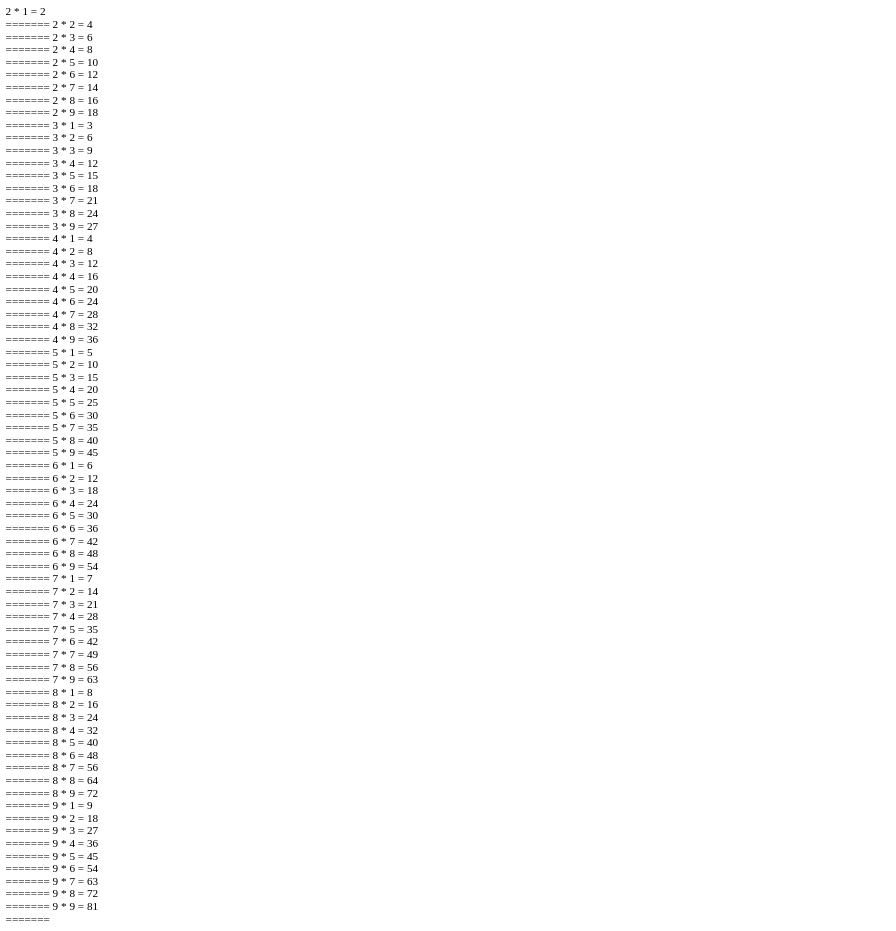
Repository: bjKim2/JSP
Page: http://localhost/JSP/Ex02.jsp
The author's editor kept a copy of each file at every save. The page is drawn from the files as they stood at one save, then again after the next save.
The browser window is 1280 px wide. The pictures show the part of the page from y = 0 to 1920 px (the page is 1330 px tall before and 329038 px after), at 70% of full size.
The page is served by Tomcat 9.

Above is the page before, as saved 2022-03-15 06:58:01.

After the next save:
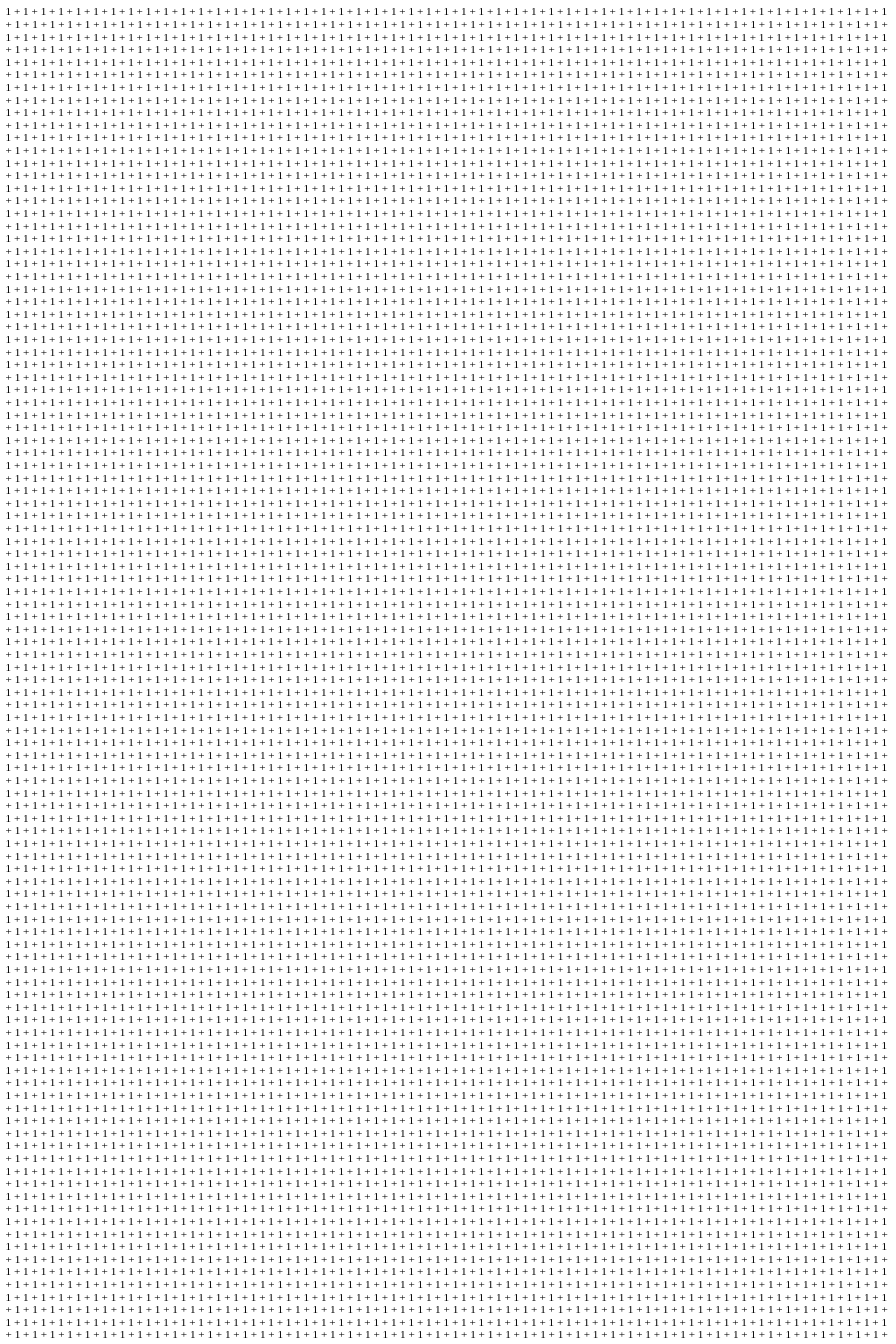
Saved 4 min 16 s later.
--- a/JSP/src/main/webapp/Ex02.jsp
+++ b/JSP/src/main/webapp/Ex02.jsp
@@ -13,13 +13,13 @@
 		<input
 	</form> -->
 
-	<%
+<%-- 	<%
 		for(int i = 2;i<=9;i++){
 			for(int j = 1; j<=9;j++){
 				%>
 
 				<%=i %> * <%=j %> = <%=i*j %> <br>
-				=======
+				==================<br>
 
 
 				<%
@@ -27,7 +27,30 @@
 			}
 		}
 
+	%> --%>
+	<%
+	int k= 1;
+	int sum=0;
+	while(true){
+		sum +=k;
 	%>
+
+
+	<%=k %> +
+
+	<%
+		if (k==100){
+			out.print(" = " + sum );
+			break;
+		}
+
+
+	}
+
+
+	%>
+
+
 
 </body>
 </html>
